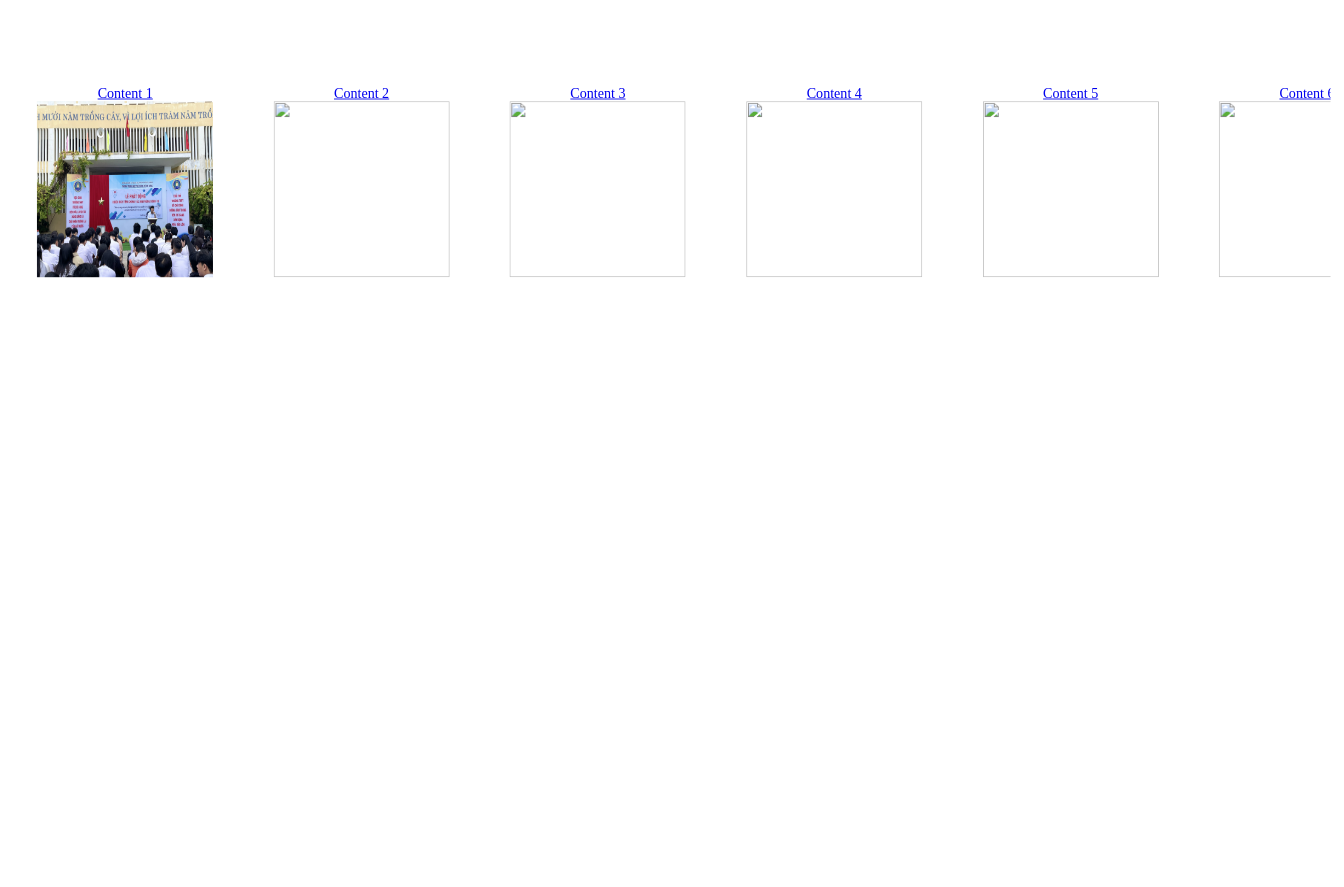
Repository: dphasst17/THPTVCC
Page: new/new_content/new_content_home.html
The author's editor kept a copy of each file at every save. The page is drawn from the files as they stood at one save, then again after the next save.
The browser window is 1280 px wide. The page is 1527 px wide, so the pictures cover 1527 px, including what lies to the right of the window. The pictures show the whole page, at 88% of full size.

Above is the page before, as saved 2022-10-13 09:34:17.

### new/new_content/new_content_home.html
<!DOCTYPE html>
<html lang="en">
<head>
    <meta charset="UTF-8">
    <meta http-equiv="X-UA-Compatible" content="IE=edge">
    <meta name="viewport" content="width=device-width, initial-scale=1.0">
    <title>Document</title>
    <style>
        body{
            width:1519px;
            height:500px;
            overflow-x:hidden;
            overflow-y:hidden;
        }
        .new_body{
            display:flex;
            width:99%;
            height:1000px;
            text-align:center;
            background-color:#fff;
            overflow: hidden;
        }
        .content{
            width:300px;
    height:350px;
    display:inline-flex;
    margin:25px 34.3px;
    flex-wrap: wrap;
    align-content: center;
        }
        img{
            width:200px;
            height:200px;
        }
    </style>
</head>
<body>
    <div class="new_body">
        <div class="content">
            <a href="../new_content/new_conten1.html">Content 1
                <img src="../new_img/1.jpg" alt="">
            </a>
        </div>
        <div class="content">
            <a href="../new_content/new_content2.html">Content 2
                <img src="" alt="">
            </a>
        </div>
        <div class="content"><a href="../new_content/new_content3.html">Content 3
            <img src="" alt="">
        </a></div>
        <div class="content"><a href="../new_content/new_content4.html">Content 4
            <img src="" alt="">
        </a></div>
        <div class="content"><a href="../new_content/new_content5.html">Content 5
            <img src="" alt="">
        </a></div>
        <div class="content"><a href="../new_content/new_content6.html">Content 6
            <img src="" alt="">
        </a></div>
        <div class="content"><a href="../new_content/new_content7.html">Content 7
            <img src="" alt="">
        </a></div>
        <div class="content"><a href="../new_content/new_content8.html">Content 8
            <img src="" alt="">
        </a></div>
    </div>
</body>
</html>

After the next save:
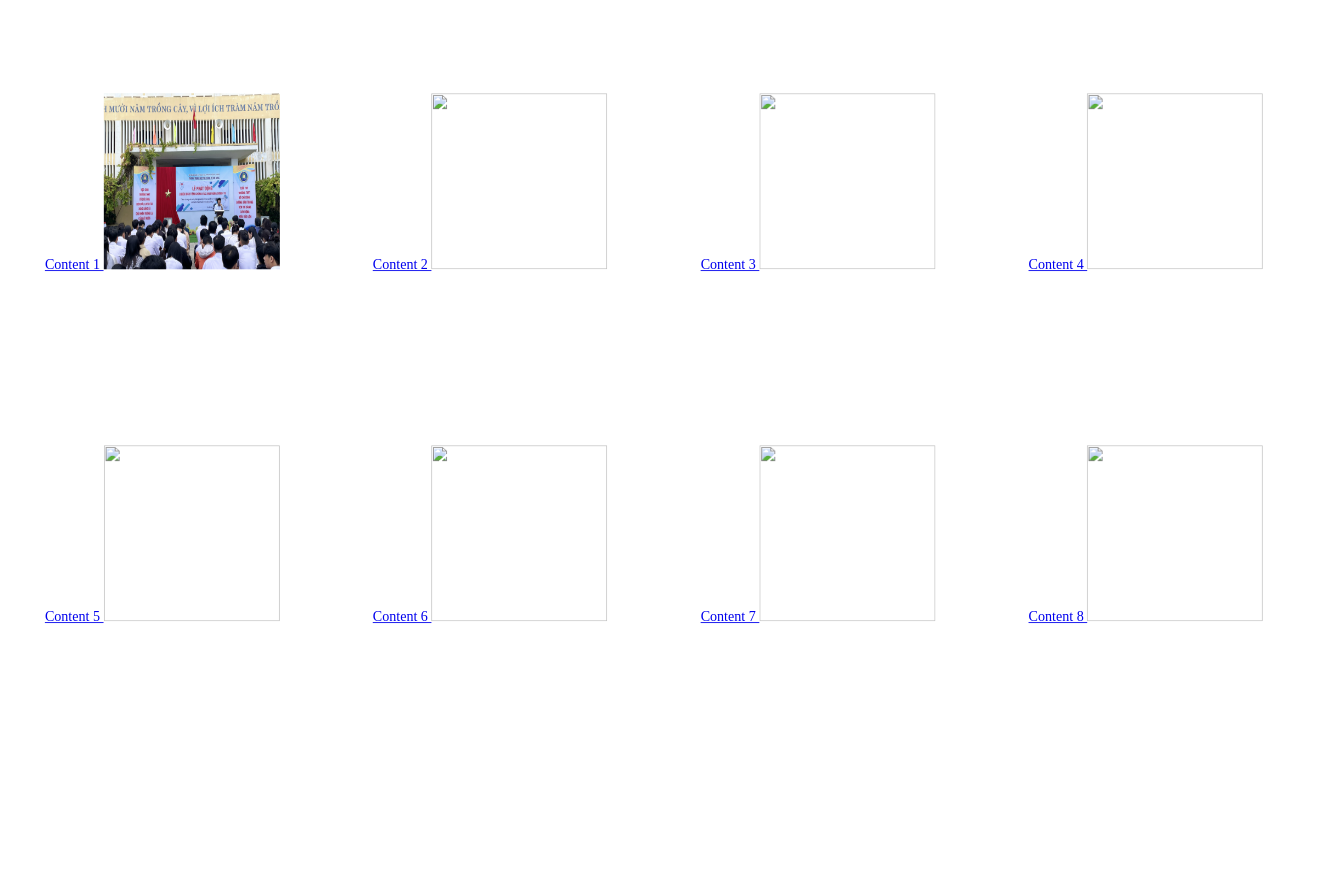
Saved 27 s later.
--- a/new/new_content/new_content_home.html
+++ b/new/new_content/new_content_home.html
@@ -13,7 +13,6 @@
             overflow-y:hidden;
         }
         .new_body{
-            display:flex;
             width:99%;
             height:1000px;
             text-align:center;
@@ -22,11 +21,11 @@
         }
         .content{
             width:300px;
-    height:350px;
-    display:inline-flex;
-    margin:25px 34.3px;
-    flex-wrap: wrap;
-    align-content: center;
+            height:350px;
+            display:inline-flex;
+            margin:25px 34.3px;
+            flex-wrap: wrap;
+            align-content: center;
         }
         img{
             width:200px;
